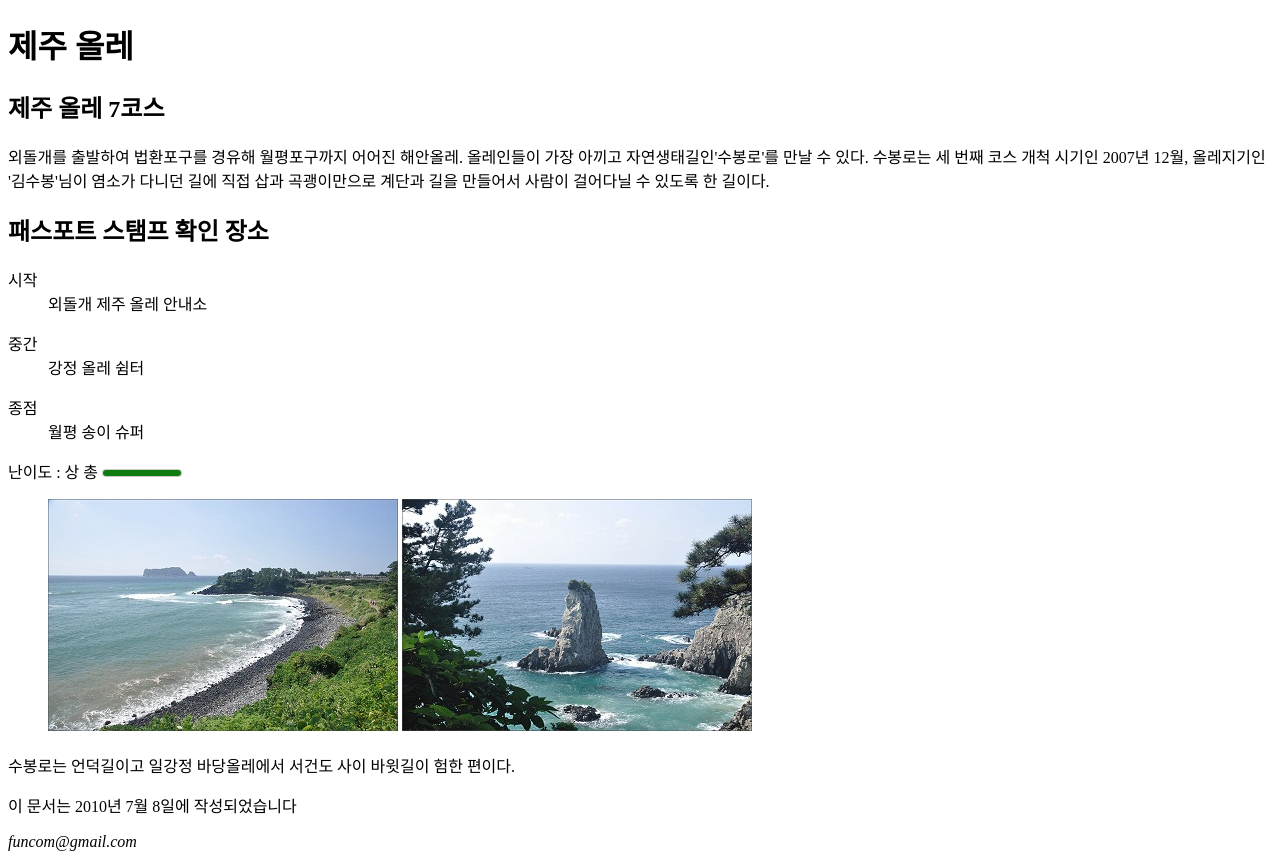
Repository: jinaa11/Kcc_Web
Page: Html/WebContent/sample2.html
An editor plug-in stored every save of this project. The page is shown before and after the next save, followed by the edit.
The browser window is 1280 px wide. The pictures show the whole page.

Above is the page before, as saved 2024-07-08 07:33:17.

### Html/WebContent/sample2.html
<!DOCTYPE html>
<html>
<head>
<meta charset="UTF-8">
<title>Insert title here</title>
</head>
<body>
<header>
	<h1>제주 올레</h1>
</header>

<section>
	<h2>제주 올레 7코스</h2>
	<p>
		외돌개를 출발하여 법환포구를 경유해 월평포구까지 어어진 해안올레.
  		올레인들이 가장 아끼고 자연생태길인'수봉로'를 만날 수 있다.
  		수봉로는 세 번째 코스 개척 시기인 2007년 12월, 올레지기인 '김수봉'님이 염소가 다니던 길에 직접 삽과 곡괭이만으로 계단과 길을 만들어서 사람이 걸어다닐 수 있도록 한 길이다.
	</p>
</section>

<article>
	<header>
		<h2>패스포트 스탬프 확인 장소</h2>
	</header>
	<div>
		<dl>
			<dt>시작</dt>
			<dd>외돌개 제주 올레 안내소</dd>
		</dl>
		<dl>
			<dt>중간</dt>
			<dd>강정 올레 쉼터</dd>
		</dl>
		<dl>
			<dt>종점</dt>
			<dd>월평 송이 슈퍼</dd>
		</dl>
	</div>
	<div>
		난이도 : 상 총 <meter value="16400">16.4km(4~5시간)</meter>
	</div>
</article>

<figure>
	<figcaption></figcaption>
	<img src="images/road1.jpg">
    <img src="images/road2.jpg">
</figure>

<section>
	<!-- 거리 태그 -->
	<header>
		<h3></h3>
	</header>
	<div>
  		수봉로는 언덕길이고 일강정 바당올레에서 서건도 사이 바윗길이 험한 편이다.
	</div>
</section>

<footer>
	<p>이 문서는 2010년 7월 8일에 작성되었습니다</p>
	<address>
		<!-- 주소 태그 -->
		<p>funcom@gmail.com</p>
	</address>
</footer>












</body>
</html>

After the next save:
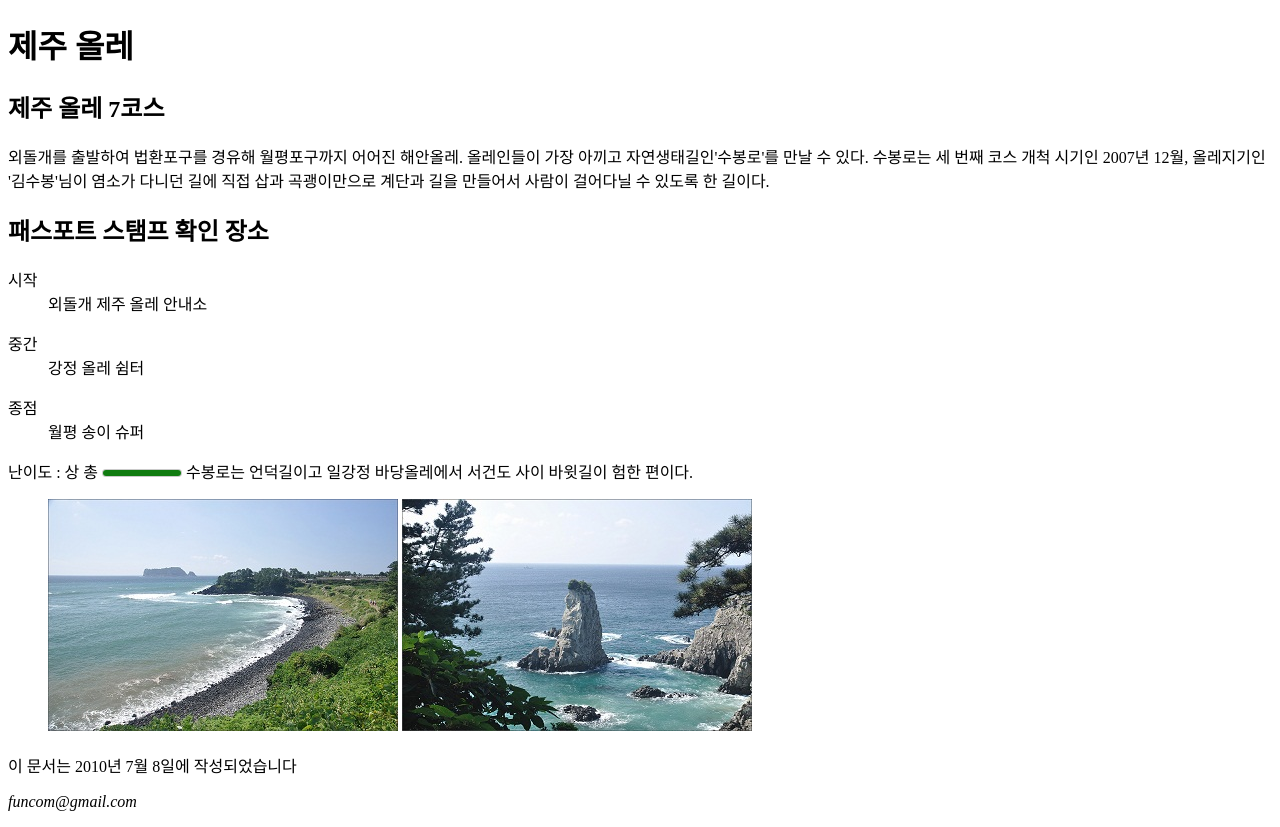
Saved 6 s later.
--- a/Html/WebContent/sample2.html
+++ b/Html/WebContent/sample2.html
@@ -38,6 +38,7 @@
 	</div>
 	<div>
 		난이도 : 상 총 <meter value="16400">16.4km(4~5시간)</meter>
+		수봉로는 언덕길이고 일강정 바당올레에서 서건도 사이 바윗길이 험한 편이다.
 	</div>
 </article>
 
@@ -53,7 +54,7 @@
 		<h3></h3>
 	</header>
 	<div>
-  		수봉로는 언덕길이고 일강정 바당올레에서 서건도 사이 바윗길이 험한 편이다.
+
 	</div>
 </section>
 
